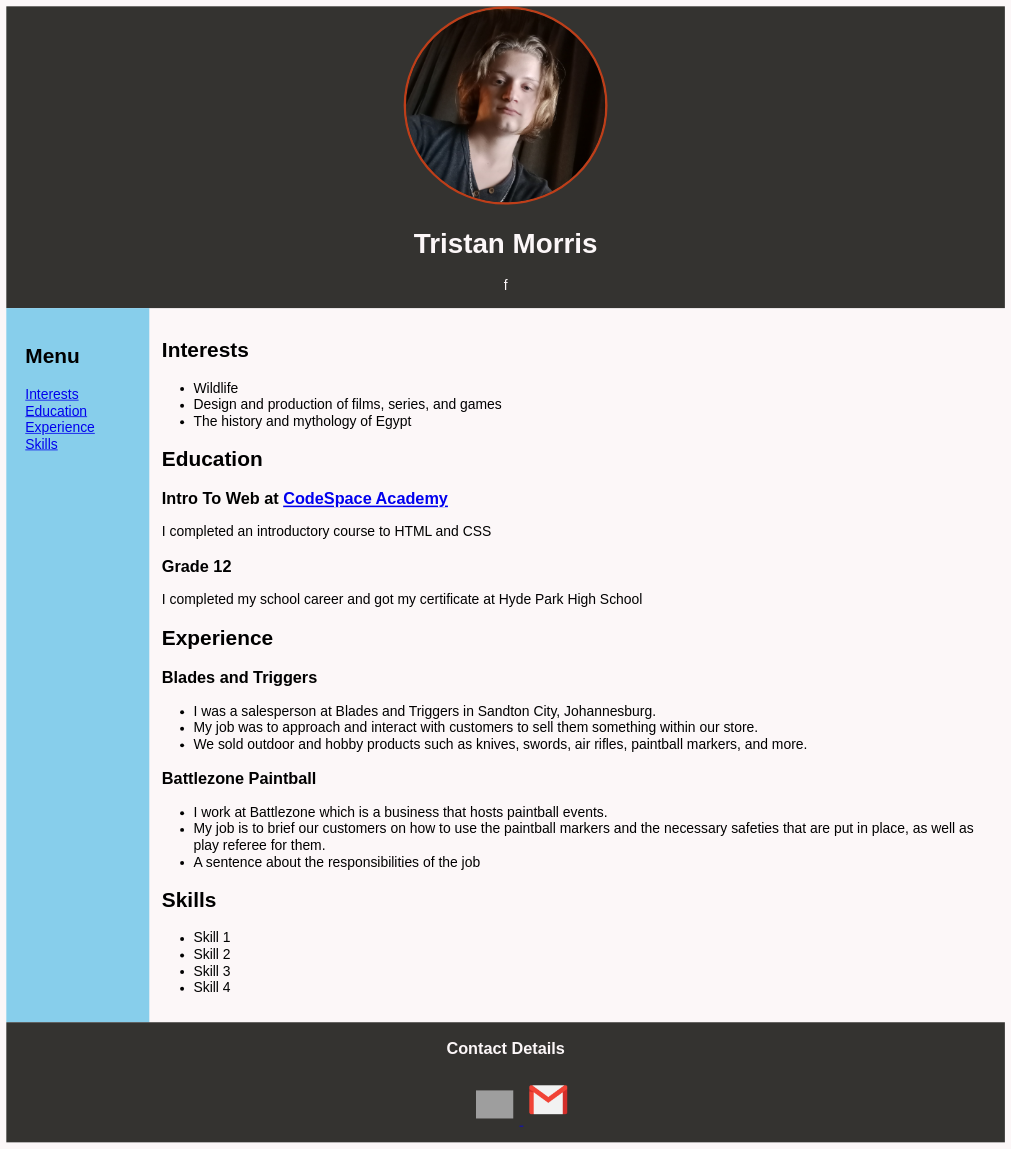
Repository: TristanKMorris/introToWebDesignAssignment
Page: resume.html
An editor plug-in stored every save of this project. The page is shown before and after the next save, followed by the edit.
The browser window is 1280 px wide. The pictures show the whole page, at 79% of full size.
Pictures or frames that could not be fetched are drawn as grey boxes.

Above is the page before, as saved 2022-06-02 22:51:56.

### resume.html

<!DOCTYPE html>
<html
  <head>
    <title>Tristan's Website</title>

    <link rel="stylesheet" type="text/css" href="css/stylesheet.css">

  </head>

  <body>

   <header id="heading">
        <img src="images/tristanPortrait.jpg" alt="Tristan Morris Portrait" id="profilePhoto"/>

      <h1>Tristan Morris</h1>
        <p>f</p>

    </header>

    <main class="main">

      <div id="sidebar">

        <nav>

          <h2>Menu</h2>

           <ul class="navMenu">
              <li> <a href="#interests">Interests</a> </li>
              <li> <a href="#education">Education</a> </li>
              <li> <a href="#experience">Experience</a> </li>
              <li> <a href="#skills">Skills</a> </li>
            </ul>

        </nav>

      </div>

        <div class="content">

          <h2 id="interests">Interests</h2>

          <ul>

            <li>Wildlife</li>
            <li>Design and production of films, series, and games</li>
            <li>The history and mythology of Egypt</li>

          </ul>

          <h2 id="education">Education</h2>

            <h3>Intro To Web at <a href="http://codespace.co.za/" target="_blank">CodeSpace Academy</a> </h3>

             <p>
               I completed an introductory course to HTML and CSS
             </p>

            <h3>Grade 12</h3>

             <p>
                I completed my school career and got my certificate at Hyde Park High School
              </p>

          <h2 id="experience">Experience</h2>

            <h3>Blades and Triggers</h3>

            <ul>

              <li>I was a salesperson at Blades and Triggers in Sandton City, Johannesburg.</li>
              <li>My job was to approach and interact with customers to sell them something within our store.</li>
              <li>We sold outdoor and hobby products such as knives, swords, air rifles, paintball markers, and more.</li>

            </ul>

            <h3>Battlezone Paintball</h3>

            <ul>

              <li>I work at Battlezone which is a business that hosts paintball events.</li>
              <li>My job is to brief our customers on how to use the paintball markers and the necessary safeties that are put in place, as well as play referee for them.</li>
              <li>A sentence about the responsibilities of the job</li>

            </ul>

          <h2 id="skills">Skills</h2>

            <ul>
              <li>Skill 1</li>
              <li>Skill 2</li>
              <li>Skill 3</li>
              <li>Skill 4</li>
            </ul>

        </div>

    </main>

    <footer>

      <h3>Contact Details</h3>
      <ul>
          <a href="http://www.instagram.com/tristan_k_morris" target="_blank">
           <img class="icons" src="images/instagramIcon.png" alt="Tristan Morris Instagram">

          </a>

          <a href="mailto: tristankm21@gmail.com" target="_blank">
           <img class="icons" src="images/gmailIcon.png" alt="Tristan Morris Email">

          </a>

      </ul>

    </footer>


  </body>
</html>

### css/stylesheet.css
body{
  font-family: sans-serif;
  font-size:110%;
  background-color: #FCF7F8;
  display: flex;
  flex-direction: column;
}

.main{
  display: flex;
  flex-direction: row;
  overflow: unset;
}

#profilePhoto{
  width: 20%;
  height: 20%;
  border-radius: 50%;
  border: 3px solid #ff4410ad;
}

header {
  text-align: center;
  justify-content: center;
}
#heading{
  font-family: sans-serif;
  font: size 110%;
  background-color: #343330;
  color: #FCF7F8;
}

footer {
  background-color: #343330;
  text-align: center;
  color: #FCF7F8;
}
#sidebar{
  width: 12%;
  background-color: skyblue;
  padding: 1.5rem;
  color: black;
}
.navMenu{
  list-style-type: none;
  padding: 0%;
}

.icons{
  width: 3rem;
  margin: 0.5rem;
  height: auto;
}

.content{
  width: auto;
  margin: 1rem;
  height: auto;
}

After the next save:
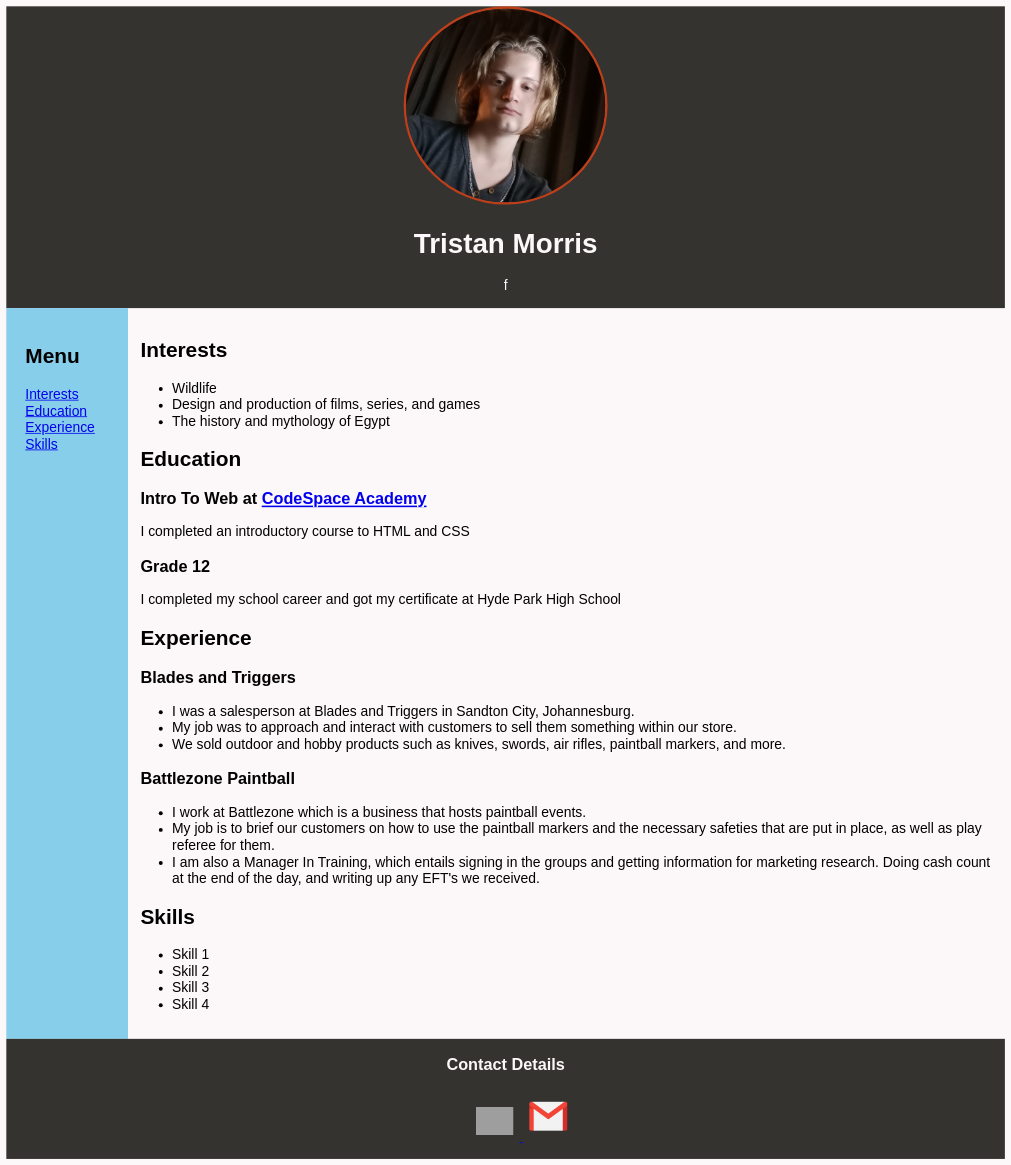
Saved 7 min 34 s later.
--- a/resume.html
+++ b/resume.html
@@ -81,7 +81,7 @@
 
               <li>I work at Battlezone which is a business that hosts paintball events.</li>
               <li>My job is to brief our customers on how to use the paintball markers and the necessary safeties that are put in place, as well as play referee for them.</li>
-              <li>A sentence about the responsibilities of the job</li>
+              <li>I am also a Manager In Training, which entails signing in the groups and getting information for marketing research. Doing cash count at the end of the day, and writing up any EFT's we received.</li>
 
             </ul>
 
